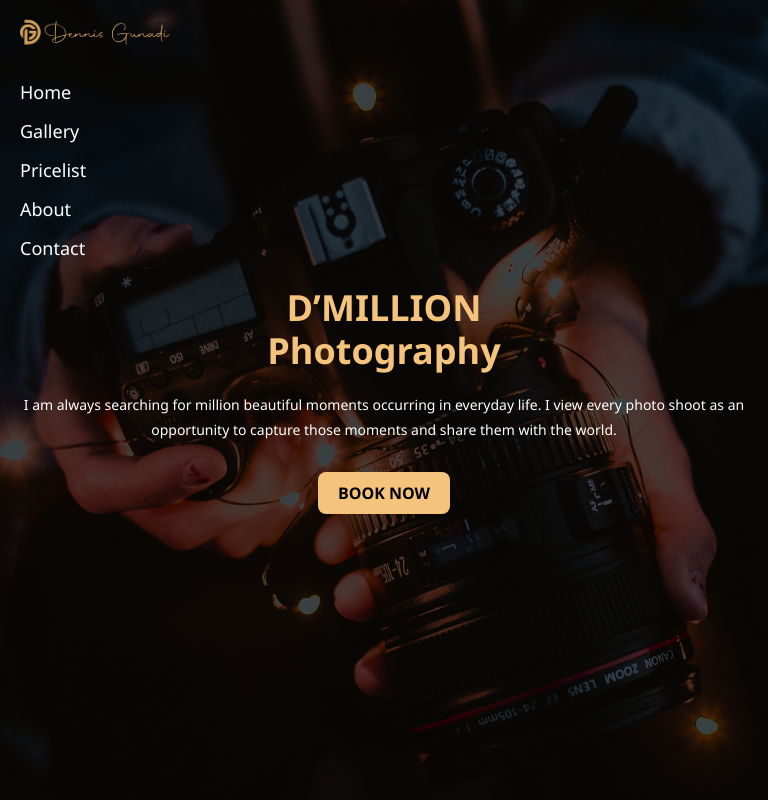
Repository: Diegoms0595/Diego-Final-project2
Page: index.html
The author's editor kept a copy of each file at every save. The page is drawn from the files as they stood at one save, then again after the next save.
The browser window is 768 px wide. The pictures show the whole page.

Above is the page before, as saved 2025-06-02 20:30:18.

After the next save:
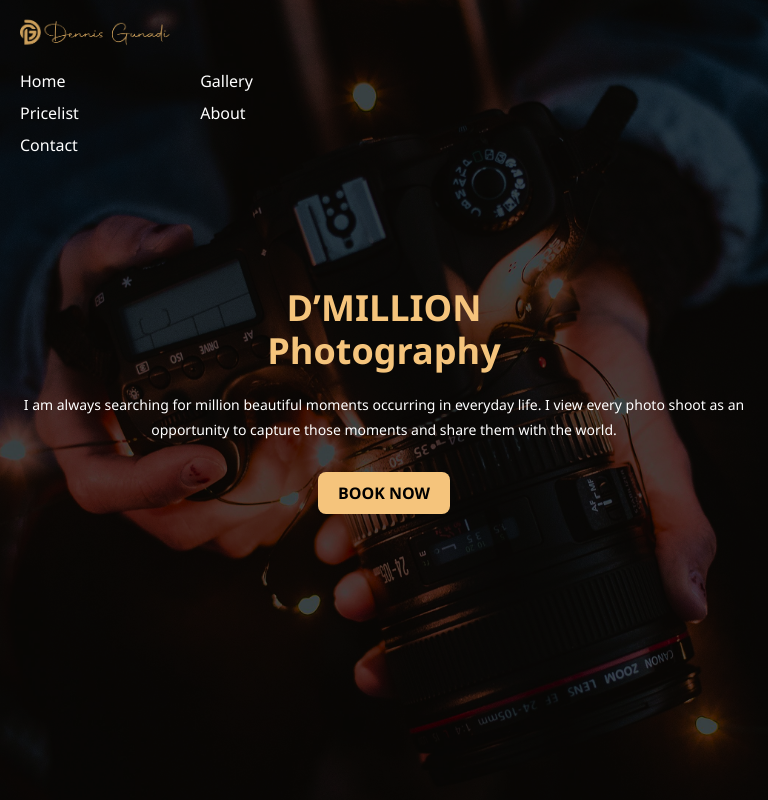
Saved 62 s later.
--- a/main.css
+++ b/main.css
@@ -134,14 +134,20 @@
   }
 
   .nav-links {
-    flex-direction: column;
-    gap: 15px;
+    flex-wrap: wrap;
+    display: flex;
+    gap: 10px 20px;
     width: 100%;
-    padding-top: 10px;
+  }
+
+  .nav-links li {
+    flex: 1 1 45%;
   }
 
   .nav-links li a {
-    font-size: 18px;
+    font-size: 16px;
+    display: block;
+    width: 100%;
   }
 
   .hero {
